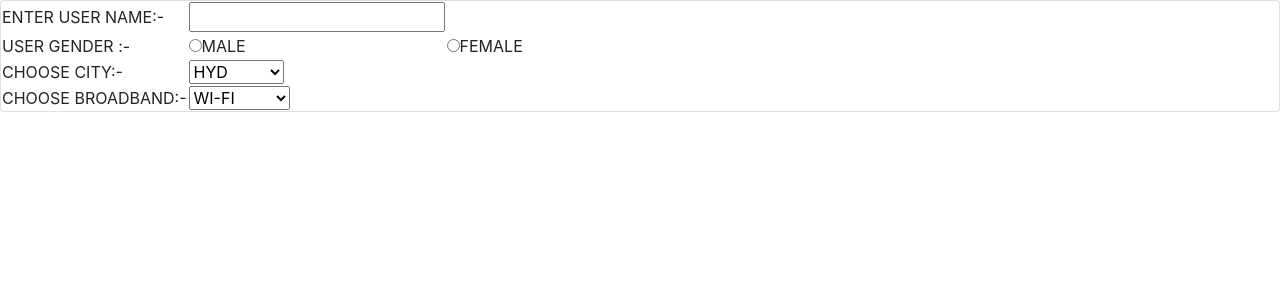
Repository: REDDI-BHARGAV/project
Page: PROJECT/src/main/webapp/src/main/webapp/WEB-INF/form.html
These files come from the project's save history. The page is drawn as it stood at one moment and after the next save; the edit follows.
The browser window is 1280 px wide. The pictures show the whole page.

Above is the page before, as saved 2022-07-26 07:05:05.

### PROJECT/src/main/webapp/src/main/webapp/WEB-INF/form.html
<!DOCTYPE html>
<html>
<head>
<meta charset="ISO-8859-1">
<title>Insert title here</title>
<link rel="stylesheet"
	href="https://cdn.jsdelivr.net/npm/bootstrap@4.0.0/dist/css/bootstrap.min.css"
	integrity="sha384-Gn5384xqQ1aoWXA+058RXPxPg6fy4IWvTNh0E263XmFcJlSAwiGgFAW/dAiS6JXm"
	crossorigin="anonymous">
</head>
<body class = "cotainer-fluid">
	<div class ="card">
	<form action="">
		<table>
			<tr>
				<td>ENTER USER NAME:-</td>
				<td><input type="text" name=" name "></td>
			</tr>
			<tr>
				<td>USER GENDER :-</td>
				<td><input type="radio" name=" GENDER " value="MALE">MALE</td>
				<td><input type="radio" name=" GENDER" value="FEMALE">FEMALE</td>
			</tr>
			<tr>
				<td>CHOOSE CITY:-</td>
				<td><select name="location">
						<option value="hyd ">HYD
						<option value="chn ">CHENNAI
						<option value="pune ">PUNE
						<option value="mbm ">MUMBAI
				</select></td>
			</tr>
			<tr>
				<td>CHOOSE BROADBAND:-</td>
				<td><select name="broadband">
						<option value="wifi ">WI-FI
						<option value="chn ">INTERNET
						<option value="pune ">HOTSPOT
				</select></td>
			</tr>



		</table>

	</form>

	</div>

</body>
</html>

After the next save:
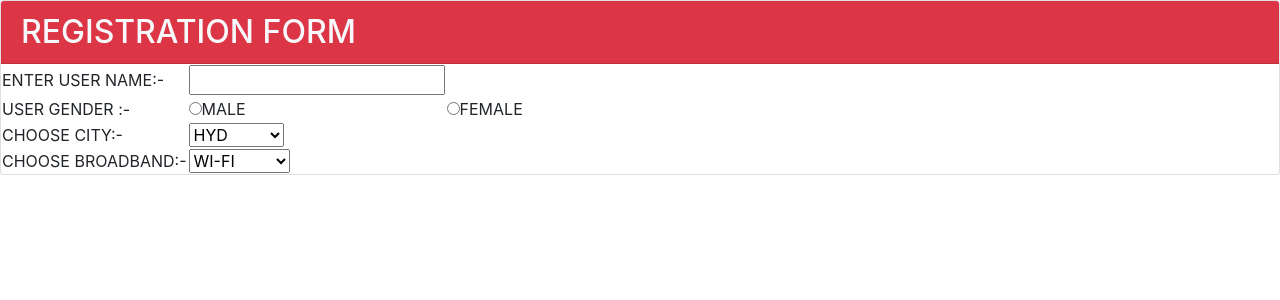
Saved 3 min 23 s later.
--- a/PROJECT/src/main/webapp/src/main/webapp/WEB-INF/form.html
+++ b/PROJECT/src/main/webapp/src/main/webapp/WEB-INF/form.html
@@ -12,6 +12,7 @@
 	<div class ="card">
 	<form action="">
 		<table>
+		<h2 class="card-header text-centre bg-danger text-light">REGISTRATION FORM</h2>
 			<tr>
 				<td>ENTER USER NAME:-</td>
 				<td><input type="text" name=" name "></td>
@@ -24,18 +25,18 @@
 			<tr>
 				<td>CHOOSE CITY:-</td>
 				<td><select name="location">
-						<option value="hyd ">HYD
-						<option value="chn ">CHENNAI
-						<option value="pune ">PUNE
-						<option value="mbm ">MUMBAI
+						<option value="hyd ">HYD</option>
+						<option value="chn ">CHENNAI</option>
+						<option value="pune ">PUNE</option>
+						<option value="mbm ">MUMBAI</option>
 				</select></td>
 			</tr>
 			<tr>
 				<td>CHOOSE BROADBAND:-</td>
 				<td><select name="broadband">
-						<option value="wifi ">WI-FI
-						<option value="chn ">INTERNET
-						<option value="pune ">HOTSPOT
+						<option value="wifi ">WI-FI</option>
+						<option value="chn ">INTERNET</option>
+						<option value="pune ">HOTSPOT</option>
 				</select></td>
 			</tr>
 
